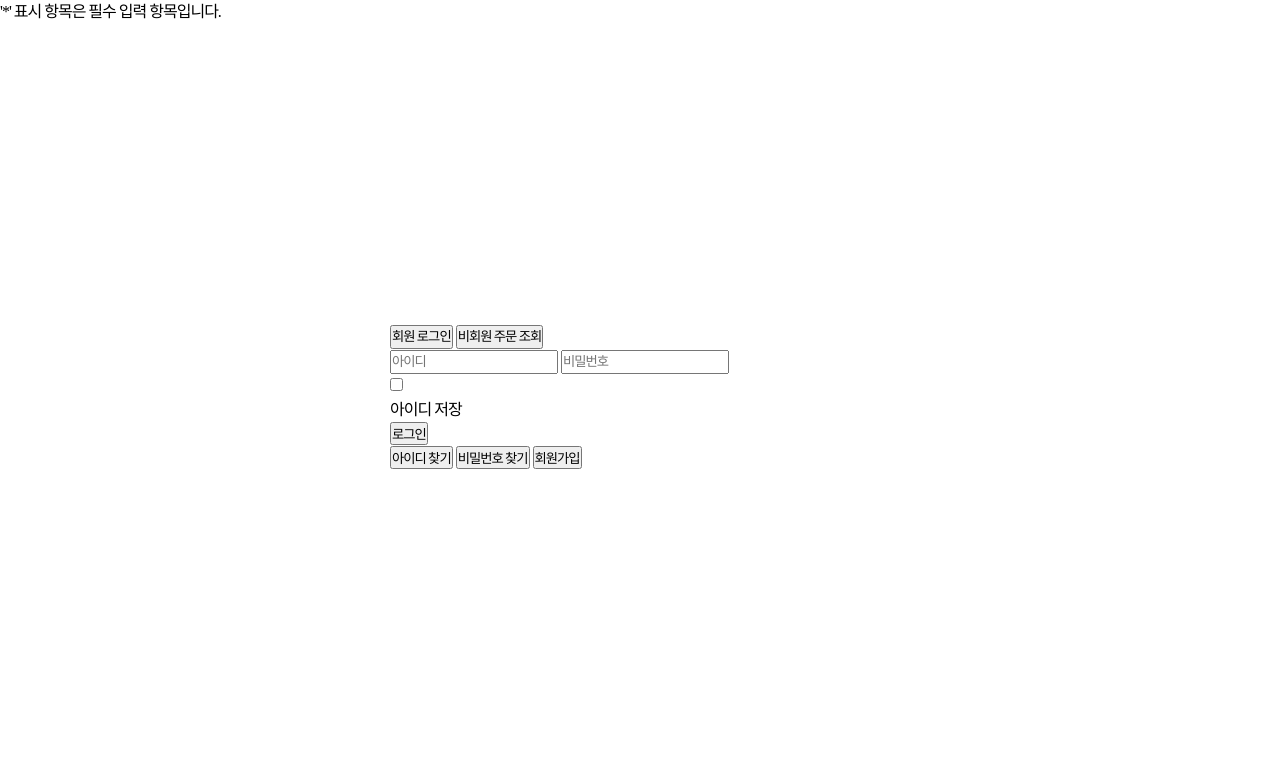
Repository: InhoKang92/jsp_1018
Page: http://localhost/Web_01/ModernServlet?command=mdh_join_form
These files come from the project's save history. The page is drawn as it stood at one moment and after the next save; the edit follows.
The browser window is 1280 px wide. The pictures show the whole page.
Some web fonts or font styles are not loaded; a fallback is used. The page is served by Tomcat 9. Other server files are loaded and not shown.

Above is the page before, as saved 2024-10-16 01:56:09.

### Web_01/src/main/webapp/member/join.jsp
<%@ page language="java" contentType="text/html; charset=UTF-8"
pageEncoding="UTF-8"%>
<!DOCTYPE html>
<html>
<head>
<meta charset="UTF-8">

<link rel="stylesheet" href="css/reset.css">
<link rel="stylesheet" href="css/join.css">

<title>모던하우스 회원가입</title>
</head>
<body>


      <form method="post" name="frm">
      	'*' 표시 항목은 필수 입력 항목입니다.
        <div class="join_box">
            <div class="member_btn_box">
                <button class="mem">회원 로그인</button>
                <button class="notmem">비회원 주문 조회</button>
            </div>
            <div class="input_box">
                <input class="id_input" type="text" placeholder="아이디" name="userid">
                <input class="pw_input" type="password" placeholder="비밀번호" name="pwd">
                <div class="save_box">
                    <input id="check" type="checkbox">
                    <label for="check"></label>
                    <p class="save">아이디 저장</p>
                </div>

            </div>
            <input type="submit" class="login_btn" value="로그인" onclick="return loginCheck()">
            <div class="etc_box">
                <input type="button" value="아이디 찾기">
                <input type="button" value="비밀번호 찾기">
                <input type="button" value="회원가입" onclick="location.href='ModernServlet?command=mdh_join_form'">
            </div>
        </div>
      </form>

</body>
</html>

### Web_01/src/main/java/com/mdh/controller/ModernServlet.java
package com.mdh.controller;

import java.io.IOException;
import javax.servlet.ServletException;
import javax.servlet.annotation.WebServlet;
import javax.servlet.http.HttpServlet;
import javax.servlet.http.HttpServletRequest;
import javax.servlet.http.HttpServletResponse;

import com.mdh.controller.action.Action;


@WebServlet("/ModernServlet")
public class ModernServlet extends HttpServlet {
	private static final long serialVersionUID = 1L;


	public ModernServlet() {
        super();
     }

	protected void doGet(HttpServletRequest request, HttpServletResponse response) throws ServletException, IOException {
		String command = request.getParameter("command");
		System.out.println("ModernServlet에서 요청을 받음을 확인 : " + command);

		ActionFactory af=ActionFactory.getInstance();

		Action action = af.getAction(command);

		if(action != null){
		  action.execute(request, response);
		}
	}


	protected void doPost(HttpServletRequest request, HttpServletResponse response) throws ServletException, IOException {
		request.setCharacterEncoding("UTF-8");
		doGet(request, response);
	}

}

### Web_01/src/main/java/com/mdh/controller/ActionFactory.java
package com.mdh.controller;

import com.mdh.controller.action.Action;
import com.mdh.controller.action.AdminCheckAction;
import com.mdh.controller.action.AdminCheckPassAction;
import com.mdh.controller.action.DeleteAdminCheckAction;
import com.mdh.controller.action.DeleteAdminCheckPassAction;
import com.mdh.controller.action.MdhIdCheckAction;
import com.mdh.controller.action.MdhIndexAction;
import com.mdh.controller.action.MdhJoinAction;
import com.mdh.controller.action.MdhJoinFormAction;
import com.mdh.controller.action.MdhLoginAction;
import com.mdh.controller.action.MdhLoginFormAction;
import com.mdh.controller.action.MdhLogoutAction;
import com.mdh.controller.action.MdhMainAction;
import com.mdh.controller.action.MdhSubAction;
import com.mdh.controller.action.MdhUpdateAction;
import com.mdh.controller.action.MdhUpdateFormAction;
import com.mdh.controller.action.ProductDeleteAction;
import com.mdh.controller.action.ProductListAction;
import com.mdh.controller.action.ProductUpdateAction;
import com.mdh.controller.action.ProductUpdateFormAction;
import com.mdh.controller.action.ProductWriteAction;
import com.mdh.controller.action.ProductWriteFormAction;
import com.mdh.controller.action.ReviewCheckPassAction;
import com.mdh.controller.action.ReviewCheckPassFormAction;
import com.mdh.controller.action.ReviewDeleteAction;
import com.mdh.controller.action.ReviewListAction;
import com.mdh.controller.action.ReviewUpdateAction;
import com.mdh.controller.action.ReviewUpdateFormAction;
import com.mdh.controller.action.ReviewViewAction;
import com.mdh.controller.action.ReviewWriteAction;
import com.mdh.controller.action.ReviewWriteFormAction;

public class ActionFactory {

	private static ActionFactory instance = new ActionFactory();

	private ActionFactory() {
		super();
	}

	public static ActionFactory getInstance() {
		return instance;
	}

	public Action getAction(String command) {
		Action action = null;
		System.out.println("ActionFactory :" + command);

		if (command.equals("mdh_index")) {
			action = new MdhIndexAction();
		} else if(command.equals("mdh_sub")) {
			action = new MdhSubAction();
		} else if(command.equals("mdh_login_form")) {
			action = new MdhLoginFormAction();
		} else if(command.equals("mdh_join_form")) {
			action = new MdhJoinFormAction();
		} else if(command.equals("mdh_login")) {
			action = new MdhLoginAction();
		} else if(command.equals("mdh_idcheck")) {
			action = new MdhIdCheckAction();
		} else if(command.equals("mdh_join")) {
			action = new MdhJoinAction();
		} else if(command.equals("mdh_logout")) {
			action = new MdhLogoutAction();
		} else if(command.equals("mdh_update_form")) {
			action = new MdhUpdateFormAction();
		} else if(command.equals("mdh_update")) {
			action = new MdhUpdateAction();
		} else if(command.equals("review_list")) {
			action = new ReviewListAction();
		} else if (command.equals("review_write_form")) {
			action = new ReviewWriteFormAction();
		} else if (command.equals("review_write")) {
			action = new ReviewWriteAction();
		} else if (command.equals("review_view")) {
			action = new ReviewViewAction();
		} else if (command.equals("review_check_pass_form")) {
			action = new ReviewCheckPassFormAction();
		} else if (command.equals("review_check_pass")) {
			action = new ReviewCheckPassAction();
		} else if (command.equals("review_update_form")) {
			action = new ReviewUpdateFormAction();
		} else if (command.equals("review_update")) {
			action = new ReviewUpdateAction();
		} else if (command.equals("review_delete")) {
			action = new ReviewDeleteAction();
		} else if (command.equals("mdh_main")) {
			action = new MdhMainAction();
		} else if (command.equals("product_list")) {
			action = new ProductListAction();
		} else if (command.equals("product_write_form")) {
			action = new ProductWriteFormAction();
		} else if (command.equals("product_write")) {
			action = new ProductWriteAction();
		} else if (command.equals("product_update_form")) {
			action = new ProductUpdateFormAction();
		} else if (command.equals("product_update")) {
			action = new ProductUpdateAction();
		} else if (command.equals("admin_check")) {
			action = new AdminCheckAction();
		} else if (command.equals("admin_check_pass")) {
			action = new AdminCheckPassAction();
		} else if (command.equals("product_delete")) {
			action = new ProductDeleteAction();
		} else if (command.equals("delete_admin_check")) {
			action = new DeleteAdminCheckAction();
		} else if (command.equals("delete_admin_check_pass")) {
			action = new DeleteAdminCheckPassAction();
		}

		return action;
	}

}

### Web_01/src/main/java/com/mdh/controller/action/Action.java
package com.mdh.controller.action;

import java.io.IOException;

import javax.servlet.ServletException;
import javax.servlet.http.HttpServletRequest;
import javax.servlet.http.HttpServletResponse;

public interface Action {

	public void execute(HttpServletRequest request, HttpServletResponse response) throws ServletException, IOException;

}

### Web_01/src/main/java/com/mdh/controller/action/MdhJoinFormAction.java
package com.mdh.controller.action;

import java.io.IOException;

import javax.servlet.RequestDispatcher;
import javax.servlet.ServletException;
import javax.servlet.http.HttpServletRequest;
import javax.servlet.http.HttpServletResponse;

public class MdhJoinFormAction implements Action {

	@Override
	public void execute(HttpServletRequest request, HttpServletResponse response) throws ServletException, IOException {
		String url = "member/join.jsp";

		RequestDispatcher dispatcher = request.getRequestDispatcher(url);
		dispatcher.forward(request, response);
	}

}

### Web_01/src/main/webapp/css/reset.css
@charset "utf-8";

@font-face {
    font-family: 'Pretendard-Regular';
    src: url('https://fastly.jsdelivr.net/gh/Project-Noonnu/noonfonts_2107@1.1/Pretendard-Regular.woff') format('woff');
    font-weight: 400;
    font-style: normal;
}

/* CSS 리셋 */
* {
    margin: 0;
    padding: 0;
    color: #000;
    list-style: none;
    text-decoration: none;
    box-sizing: border-box;
    line-height: 1.5;
    letter-spacing: -1px;
    font-family: 'Pretendard-Regular';
}

### Web_01/src/main/webapp/css/join.css
@charset "utf-8";

.join_box {
    width: 500px;
    margin: 300px auto;
}
.join_table {
	width: 100%;
}

After the next save:
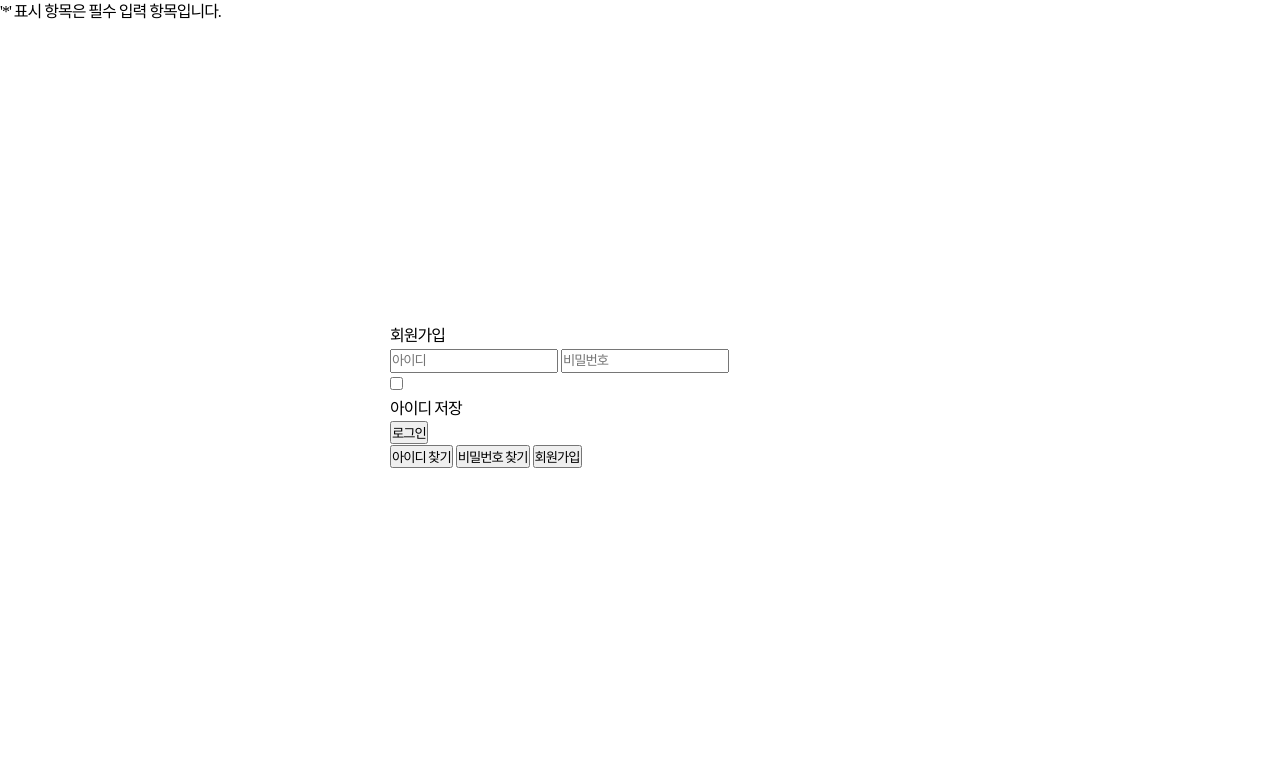
Saved 38 s later.
--- a/Web_01/src/main/webapp/member/join.jsp
+++ b/Web_01/src/main/webapp/member/join.jsp
@@ -16,10 +16,7 @@ pageEncoding="UTF-8"%>
       <form method="post" name="frm">
       	'*' 표시 항목은 필수 입력 항목입니다.
         <div class="join_box">
-            <div class="member_btn_box">
-                <button class="mem">회원 로그인</button>
-                <button class="notmem">비회원 주문 조회</button>
-            </div>
+            <div class="샤싣_box">회원가입</div>
             <div class="input_box">
                 <input class="id_input" type="text" placeholder="아이디" name="userid">
                 <input class="pw_input" type="password" placeholder="비밀번호" name="pwd">
